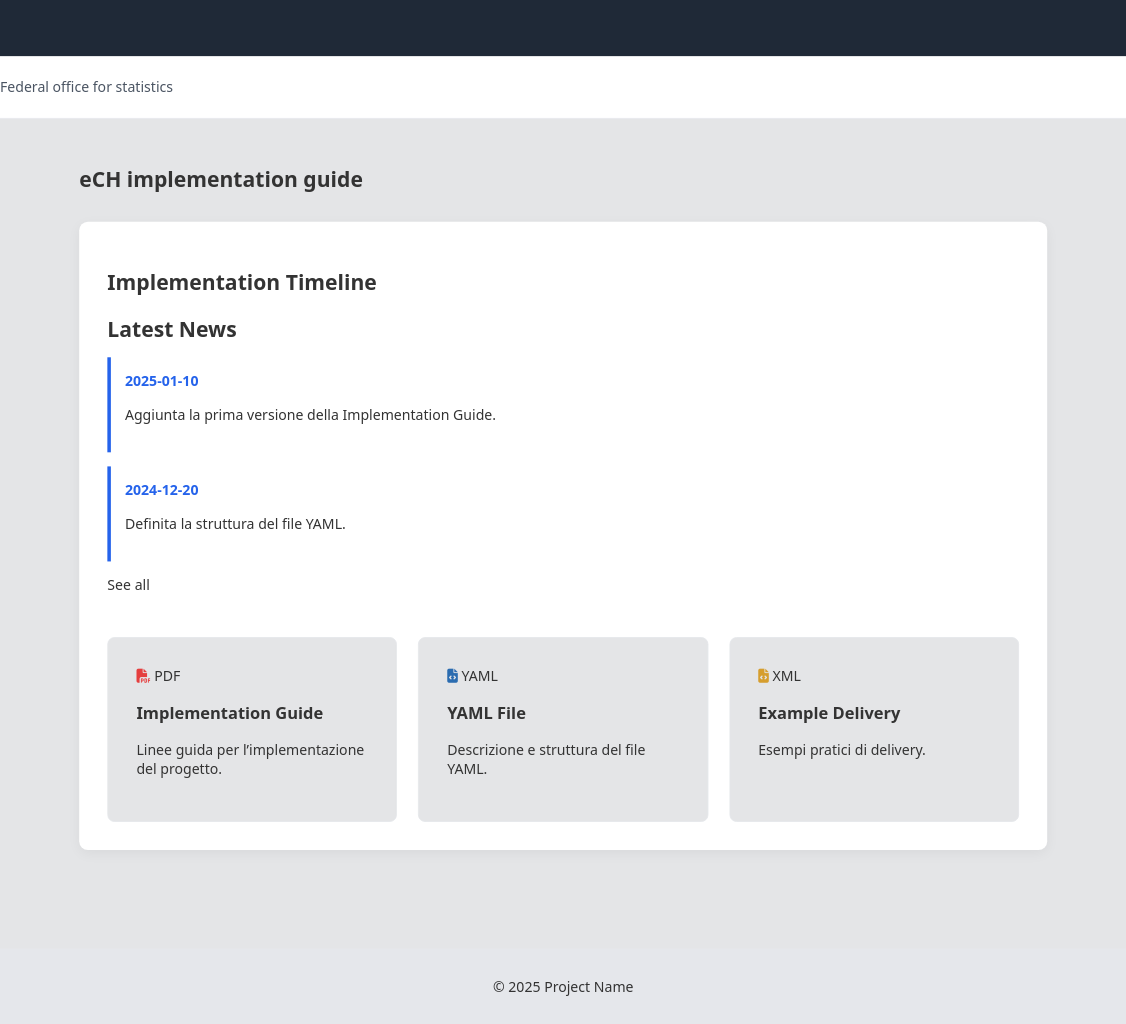
Repository: bfspoku/ech-0252-docs
Page: index.html
The author's editor kept a copy of each file at every save. The page is drawn from the files as they stood at one save, then again after the next save.
The browser window is 1280 px wide. The pictures show the whole page, at 88% of full size.

Above is the page before, as saved 2025-12-16 15:45:20.

After the next save:
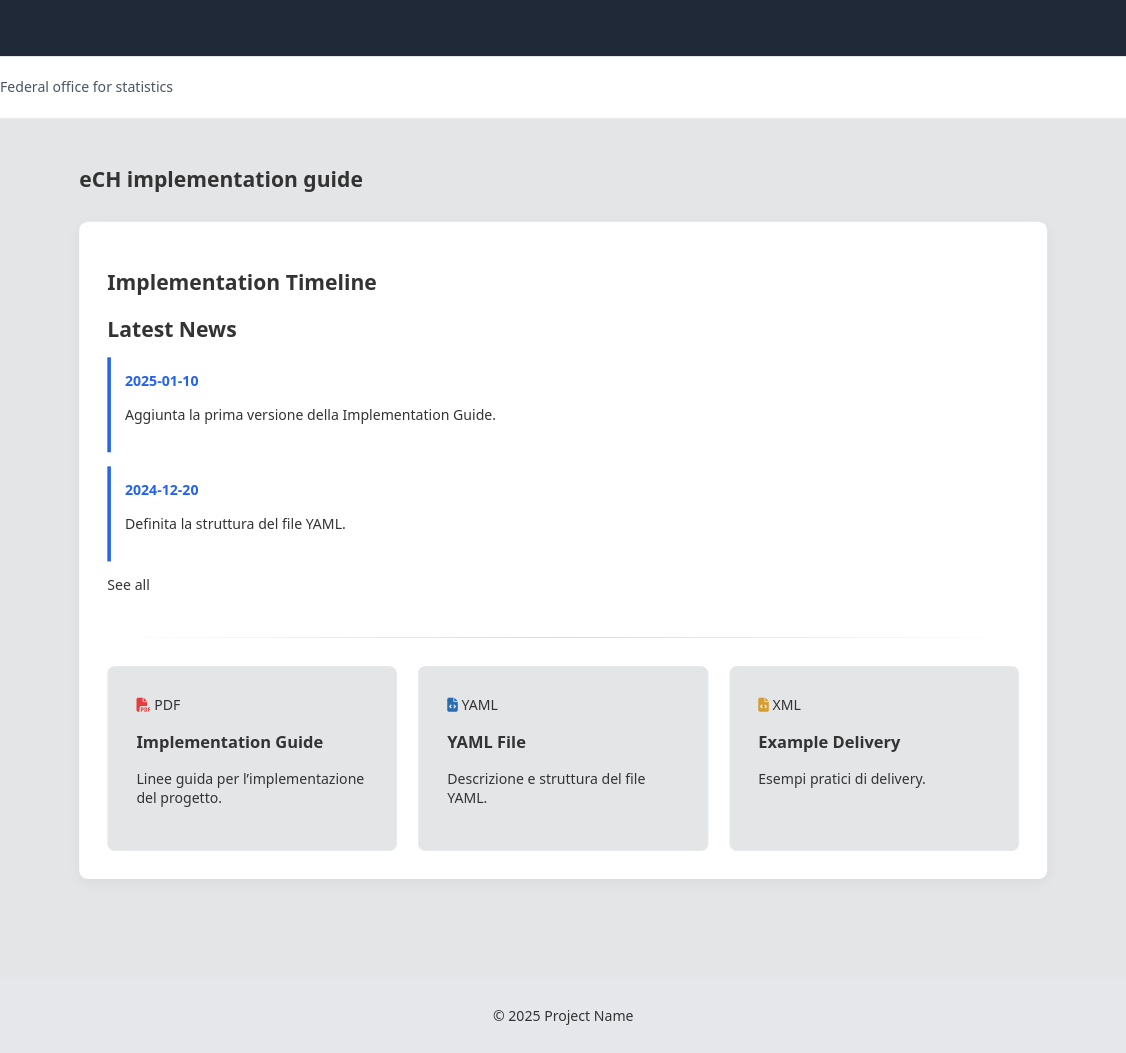
Saved 24 s later.
--- a/css/style.css
+++ b/css/style.css
@@ -40,6 +40,14 @@
 
   h1, h2 {
     margin-bottom: 1rem;
+  }
+
+  .divider {
+    width: 100%;             /* prende tutta la larghezza della wrapper o del container */
+    height: 1px;             /* spessore della linea */
+    background: linear-gradient(to right, transparent, #d1d5db, transparent);
+    margin: 2rem 0;          /* spazio sopra e sotto */
+    border: none;
   }
 
   /* Main wrapper for all the pages */
